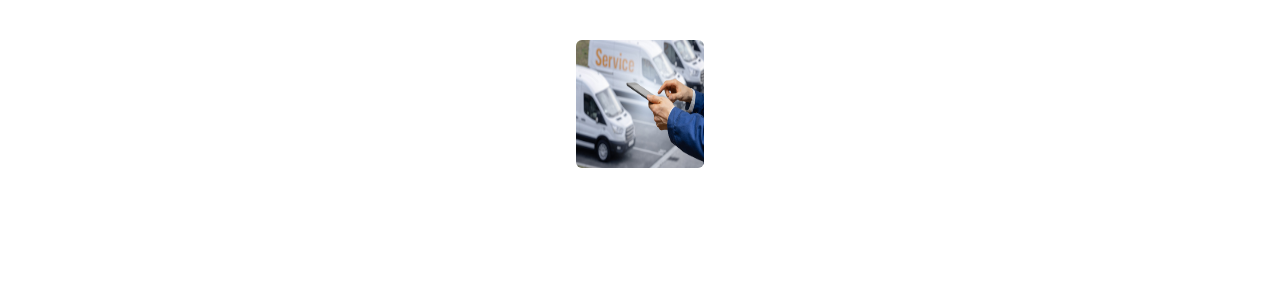
Repository: adityadhimaann/fleettrack
Page: images.html
An editor plug-in stored every save of this project. The page is shown before and after the next save, followed by the edit.
The browser window is 1280 px wide. The pictures show the whole page.
Some web libraries are served in a nearby version.

Above is the page before, as saved 2025-04-09 12:18:22.

### images.html
<!DOCTYPE html>
<html lang="en">
<head>
    <meta charset="UTF-8">
    <meta name="viewport" content="width=device-width, initial-scale=1.0">
    <title>Image Slide</title>
    <script src="https://cdn.tailwindcss.com"></script>
    <script src="https://cdnjs.cloudflare.com/ajax/libs/Chart.js/3.9.1/chart.min.js"></script>
    <link rel="stylesheet" href="https://cdnjs.cloudflare.com/ajax/libs/font-awesome/6.0.0-beta3/css/all.min.css">

</head>
<body>
    <!-- fixed inset 0 -->
    <!-- image gallery -->
     <div class="flex justify-center items-center gap-4 m-10">
        <img src="/images/fleet1.jpg" alt="" class="w-32 h-32 rounded-md">
     </div>
</body>
</html>

After the next save:
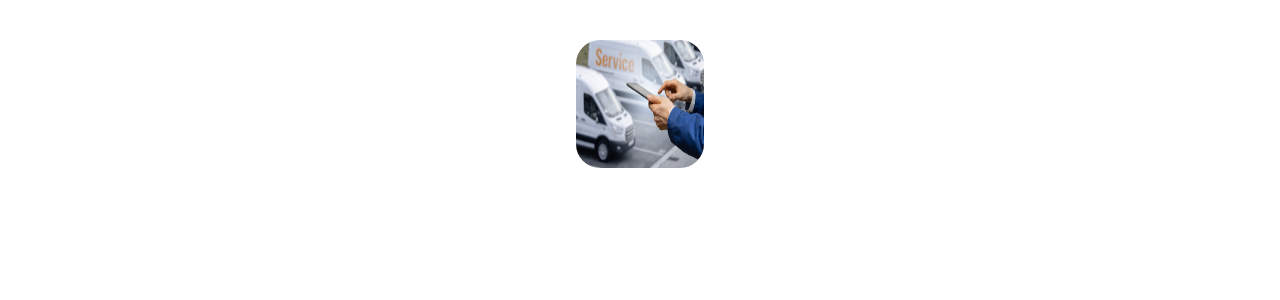
Saved 8 s later.
--- a/images.html
+++ b/images.html
@@ -13,7 +13,7 @@
     <!-- fixed inset 0 -->
     <!-- image gallery -->
      <div class="flex justify-center items-center gap-4 m-10">
-        <img src="/images/fleet1.jpg" alt="" class="w-32 h-32 rounded-md">
+        <img src="/images/fleet1.jpg" alt="" class="w-32 h-32 rounded-3xl curso">
      </div>
 </body>
 </html>
